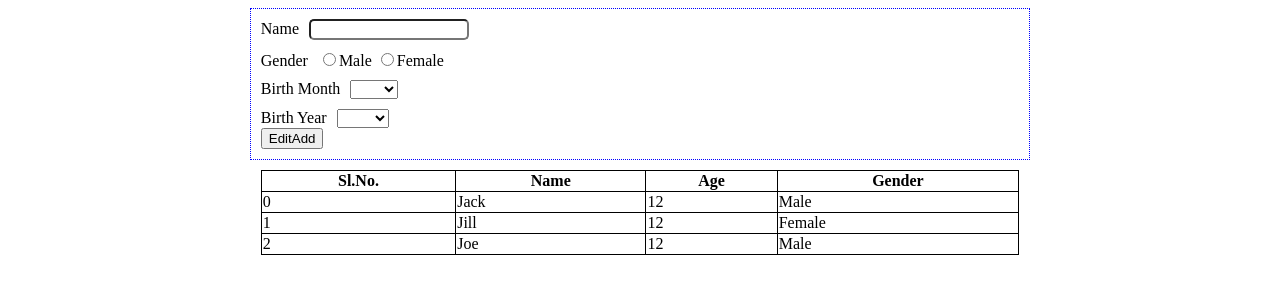
Repository: tysonpaul89/vue-student-crud
Page: /
The author's editor kept a copy of each file at every save. The page is drawn from the files as they stood at one save, then again after the next save.
The browser window is 1280 px wide. The pictures show the whole page.
The project was rebuilt for these pictures with package versions that can differ from the ones it lists, and the page was loaded fresh each time.

Above is the page before, as saved 2020-04-11 11:21:21.

### src/App.vue
<template>
  <div id="app">
    <StudentForm :type="formType" @studentFormData="addStudent"/>
    <StudentListng :studentArray="students" />
  </div>
</template>

<script>
import StudentListng from './components/StudentListng.vue';
import StudentForm from './components/StudentForm.vue';

export default {
  name: 'App',
  components: {
    StudentListng, // To display student data.
    StudentForm // To Add/Edit student data.
  },
  data() {
    return {
      students: [
        { id:1, name: 'Jack', age: 12, gender: 'Male', birthMonth: 7, birthYear: 2008 },
        { id:2, name: 'Jill', age: 12, gender: 'Female', birthMonth: 7, birthYear: 2008 },
        { id:3, name: 'Joe', age: 12, gender: 'Male', birthMonth: 7, birthYear: 2008 },
      ],
      formType: 'create'
    }
  },
  methods: {
    addStudent(data) {
      console.log(data);
      this.students.push(data);
    }
  }
}
</script>

<style>

</style>

### src/components/StudentListng.vue
<template>
  <table>
    <thead>
      <tr>
        <th>Sl.No.</th>
        <th>Name</th>
        <th>Age</th>
        <th>Gender</th>
      </tr>
    </thead>
    <tbody>
      <tr v-for="(student, index) in studentArray" :key="student.id">
        <td>{{ index }}</td>
        <td>{{ student.name }}</td>
        <td>{{ student.age }}</td>
        <td>{{ student.gender }}</td>
      </tr>
    </tbody>
  </table>
</template>

<script>
export default {
  props: {
    studentArray: Array
  }
};
</script>

<style scoped>
table {
  border-collapse: collapse;
  width: 60%;
  margin: 0 auto;
}

table,
td,
th {
  border: 1px solid black;
}
</style>

### src/components/StudentForm.vue
<template>
  <div class="container">
    <form>
      <div class="form-group">
        <label for="name">Name</label>
        <input type="text" id="name" name="name" v-model="studentForm.name" />
      </div>
      <div class="form-group">
        <label>Gender</label>
        <input type="radio" name="Male" value="Male" v-model="studentForm.gender">Male
        <input type="radio" name="Female" value="Female" v-model="studentForm.gender">Female
      </div>
      <div class="form-group">
        <label for="month">Birth Month</label>
        <select name="month" id="month" v-model="studentForm.birthMonth">
          <option v-for="(month, index) in months" :key="index" :value="index">{{month}}</option>
        </select>
      </div>
      <div class="form-group">
        <label for="year">Birth Year</label>
        <select name="year" id="year" v-model="studentForm.birthYear">
          <option v-for="(year, index) in years" :key="index" :value="year">{{year}}</option>
        </select>
      </div>
      <button type="button" @click="onSubmit()">{{ formType == 'create' ? 'Add' : 'Edit' }}Add</button>
    </form>
  </div>
</template>

<script>
export default {
  props: ['type'],
  computed: {
    years: () => {
      const yearLimit = new Date().getFullYear() - 5;
      const years = [];
      for(let i=2000; i < yearLimit; i++) {
        years.push(i);
      }
      return years;
    }
  },
  data() {
    return {
      studentForm: {
        name: "",
        gender: null,
        birthMonth: null,
        birthYear: null,
      },
      months: ['Jan', 'Feb', 'Mar', 'Apr', 'May', 'Jun', 'Jul', 'Aug', 'Sep', 'Oct', 'Nov', 'Dec'],
    };
  },
  methods: {
    onSubmit() {
      const today = new Date()
      const newStudent = {
        id: today.getMilliseconds(),
        name: this.studentForm.name,
        age:  today.getFullYear() - this.studentForm.birthYear,
        gender: this.studentForm.gender,
        birthMonth: this.studentForm.birthMonth,
        birthYear: this.studentForm.birthYear,
      };
      // Pass to the parent element.
      this.$emit('studentFormData', newStudent)
    }
  }
};
</script>

<style scoped>
.container {
  width: 60%;
  margin: 0 auto;
  margin-bottom: 10px;
  border: 1px dotted blue;
  padding: 0 10px 10px 10px;
}

.form-group {
  padding-top: 10px;
}

.form-group label {
  padding-right: 10px;
}

.form-group input[type="text"] {
  border-radius: 5px;
  width: 20%;
}
</style>

Loaded but not shown: public/index.html (common file); src/main.js (common file)

After the next save:
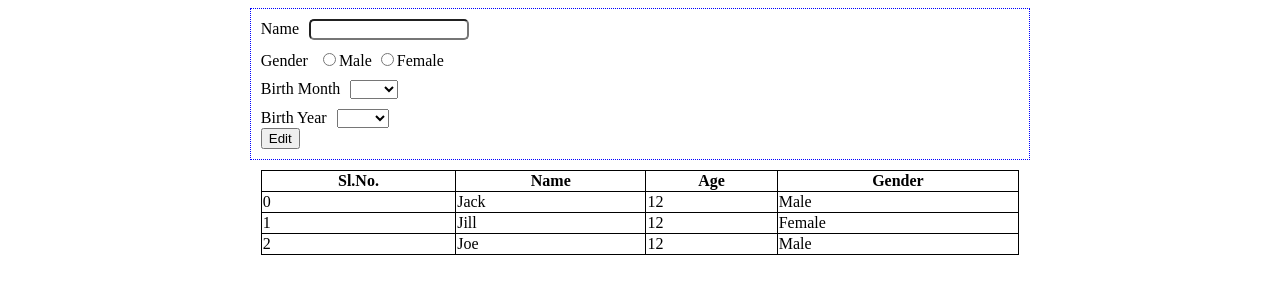
Saved 10 s later.
--- a/src/components/StudentForm.vue
+++ b/src/components/StudentForm.vue
@@ -22,7 +22,7 @@
           <option v-for="(year, index) in years" :key="index" :value="year">{{year}}</option>
         </select>
       </div>
-      <button type="button" @click="onSubmit()">{{ formType == 'create' ? 'Add' : 'Edit' }}Add</button>
+      <button type="button" @click="onSubmit()">{{ formType == 'create' ? 'Add' : 'Edit' }}</button>
     </form>
   </div>
 </template>
